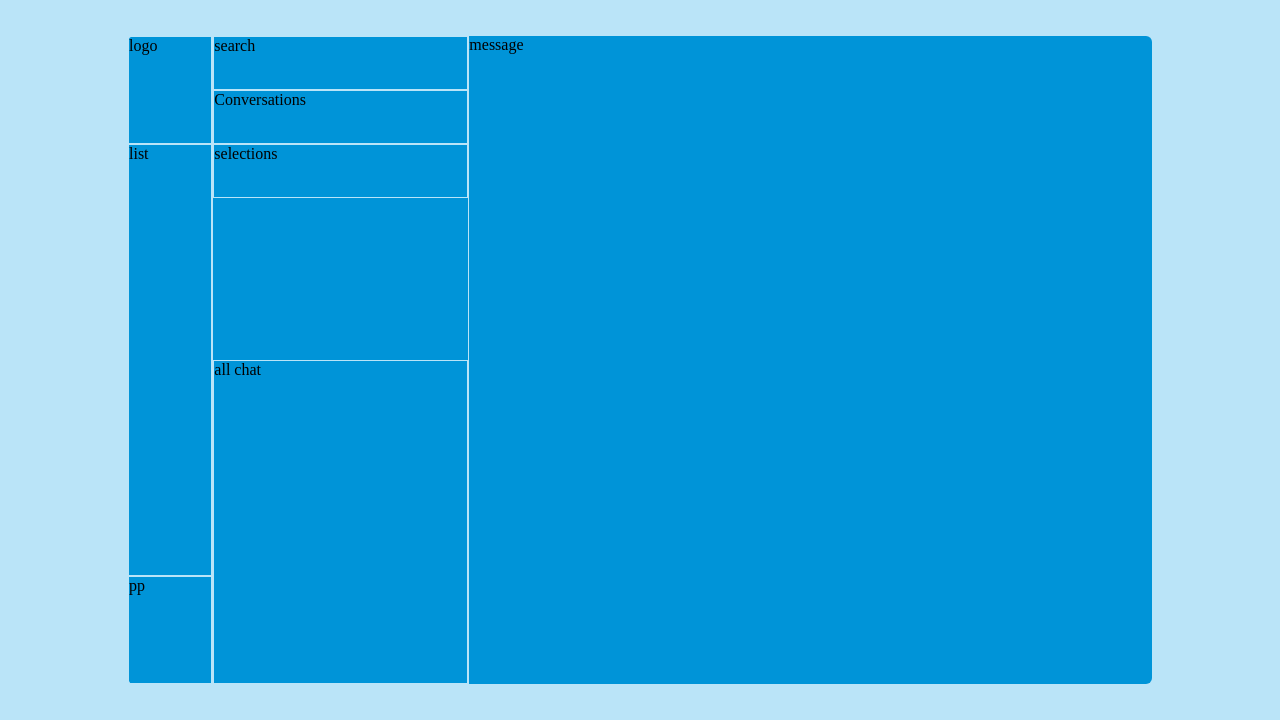
Repository: arafat877/super-chat
Page: /
The author's editor kept a copy of each file at every save. The page is drawn from the files as they stood at one save, then again after the next save.
The browser window is 1280 px wide. The pictures show the whole page.
The project was rebuilt for these pictures with package versions that can differ from the ones it lists, and the page was loaded fresh each time.

Above is the page before, as saved 2020-08-04 22:09:10.

### public/index.html
<!DOCTYPE html>
<html lang="en">
  <head>
    <meta charset="utf-8" />
    <meta name="viewport" content="width=device-width, initial-scale=1" />
    <meta name="theme-color" content="#000000" />
    <meta
      name="description"
      content="Chat application with node.js, express, react.js, mongoDb and socket.io"
    />
    <link rel="stylesheet" href="styles.css">
    <title>Super Chat</title>
  </head>
  <body>
    <noscript>You need to enable JavaScript to run this app.</noscript>
    <div id="root"></div>
  </body>
</html>

### src/App.js
import React from 'react';
import './App.scss';

function App() {
  return (
    <div className="appContainer">
      <div className="appWrapper">
        <div className="mainColumn">
          <div className="mcLogo">logo</div>
          <div className="mcList">list</div>
          <div className="mcPhoto">pp</div>
        </div>
        <div className="conversationsColumn">
          <div className="ccSearch">search</div>
          <div className="ccTitle"><span className="ccTitleSpan">Conversations</span></div>
          <div className="ccSelection">selections</div>
          <div className="ccAllChat">all chat</div>
          {/* <div className="ccPrivate">private</div>
          <div className="ccGroups">groups</div> */}
        </div>
        <div className="messagesColumn">message</div>
      </div>
    </div>
  );
}

export default App;

### src/App.scss
:root {
  --main-bg-light: rgb(186, 228, 248);
  --main-bg-dark: rgb(32, 55, 66);
  --main-bg-hot: rgb(204, 98, 79);
  --main-bg-sweet: rgb(198, 255, 164);

  --wrapper-bg-light: rgb(0, 148, 216);
}

.appContainer {
  height: 100vh;
  background-color: var(--main-bg-light);
  display: flex;

  .appWrapper {
    height: 90vh;
    width: 80vw;
    background-color: var(--wrapper-bg-light);
    border-radius: 6px;
    margin: auto;
    display: grid;
    grid-template-columns: repeat(12, 1fr);

    .mainColumn {
      border-right: solid thin var(--main-bg-light);
      grid-column-start: 1;
      grid-column-end: 2;
      display: grid;
      grid-template-rows: repeat(12, 1fr);

      .mcLogo {
        border: solid thin var(--main-bg-light); //temporary
        grid-row-start: 1;
        grid-row-end: 3;
      }

      .mcList {
        border: solid thin var(--main-bg-light); //temporary
        grid-row-start: 3;
        grid-row-end: 11;
      }

      .mcPhoto {
        border: solid thin var(--main-bg-light); //temporary
        grid-row-start: 11;
        grid-row-end: 13;
      }
    }

    .conversationsColumn {
      border-right: solid thin var(--main-bg-light);
      grid-column-start: 2;
      grid-column-end: 5;
      display: grid;
      grid-template-rows: repeat(12, 1fr);

      .ccSearch {
        border: solid thin var(--main-bg-light); //temporary
        grid-row-start: 1;
        grid-row-end: 2;
      }

      .ccTitle{
        border: solid thin var(--main-bg-light); //temporary
        grid-row-start: 2;
        grid-row-end: 3;
      }

      .ccSelection{
        border: solid thin var(--main-bg-light); //temporary
        grid-row-start: 3;
        grid-row-end: 4;
      }
      .ccAllChat{
        border: solid thin var(--main-bg-light); //temporary
        grid-row-start: 7;
        grid-row-end: 13;
      }
    }
  }
}

Loaded but not shown: src/index.js (common file); public/styles.css (common file)

After the next save:
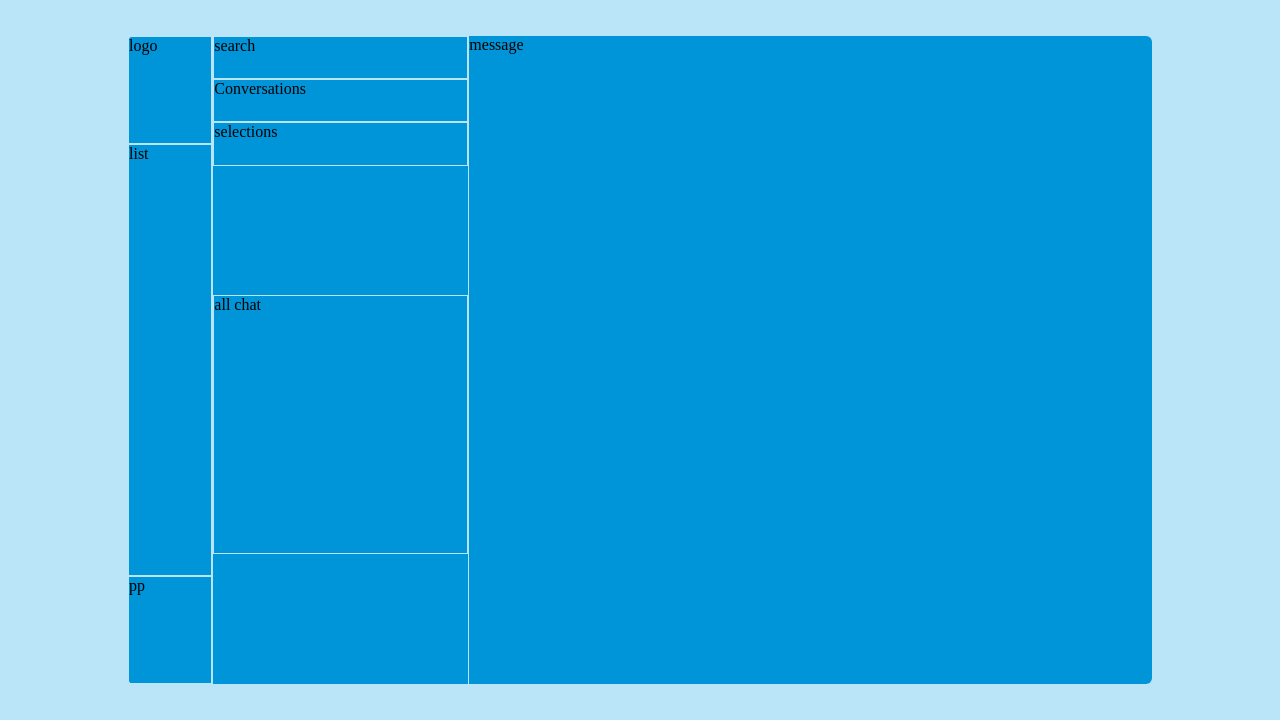
Saved 18 s later.
--- a/src/App.scss
+++ b/src/App.scss
@@ -52,7 +52,7 @@
       grid-column-start: 2;
       grid-column-end: 5;
       display: grid;
-      grid-template-rows: repeat(12, 1fr);
+      grid-template-rows: repeat(15, 1fr);
 
       .ccSearch {
         border: solid thin var(--main-bg-light); //temporary
